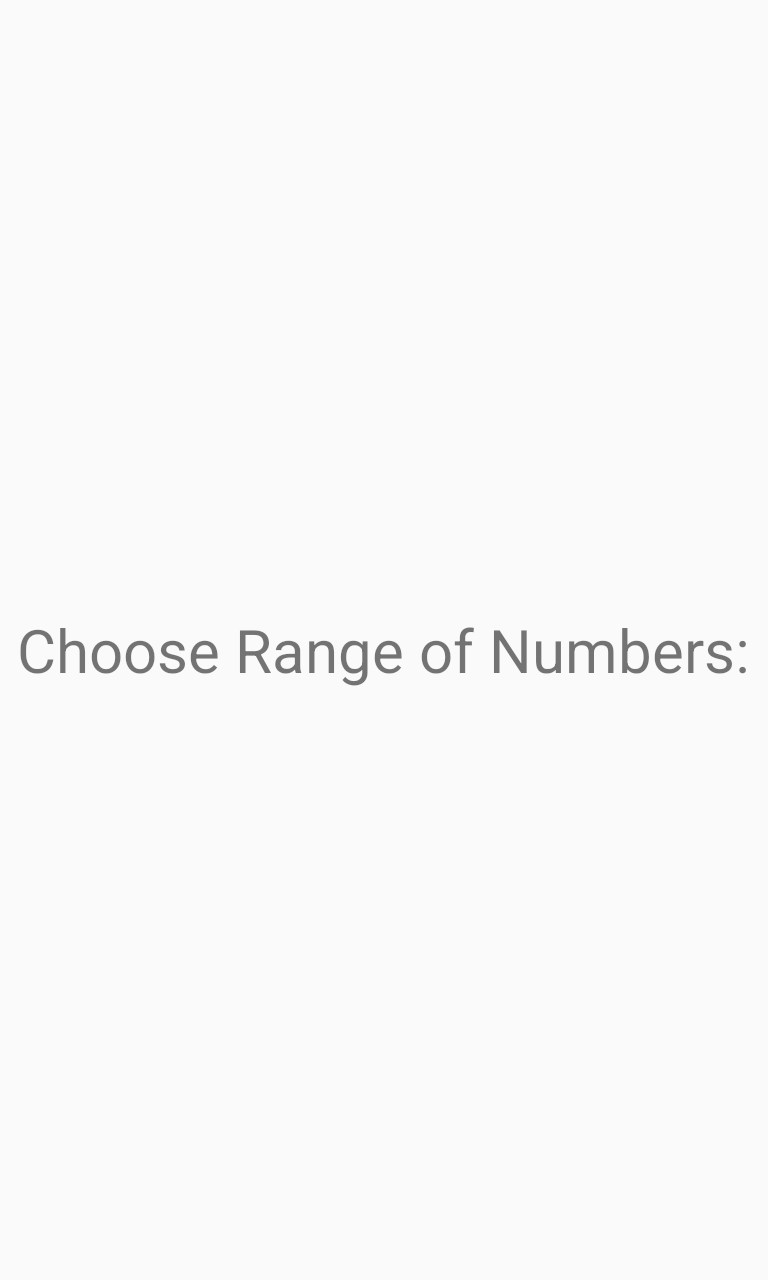
Repository: JoanneCaroll/Mathbomb
Layout: MathBomb/res/layout/activity_listcategory.xml
These files come from the project's save history. The layout is drawn as it stood at one moment and after the next save; the edit follows.
It is drawn on a 768 x 1280 px phone screen (xhdpi) without system bars, with theme AppTheme; the app's code is not run. Lists and similar views that code fills are empty.

Above is the layout before, as saved 2014-11-12 10:54:42.

### MathBomb/res/layout/activity_listcategory.xml
<?xml version="1.0" encoding="utf-8"?>
<LinearLayout xmlns:android="http://schemas.android.com/apk/res/android"
        android:orientation="vertical"
        android:layout_width="match_parent"
        android:layout_height="match_parent"
        android:gravity="center">

		<TextView
            android:paddingTop="10dp"
            android:id="@+id/category"
            android:layout_width="wrap_content"
            android:layout_height="wrap_content"
            android:text="@string/setRange"
            android:layout_gravity="center"
            android:textSize="30dp"/>

        <ListView
            android:id="@+id/list_category"
            android:layout_width="match_parent"
            android:layout_height="wrap_content">
        </ListView>

</LinearLayout>

### MathBomb/res/values/strings.xml
<?xml version="1.0" encoding="utf-8"?>
<resources>

    <string name="app_name">MathBomb</string>
    <string name="action_settings">Settings</string>
    <string name="score">Score: </string>
    <string name="timeleft">Time Left: </string>
    <string name="highscore">High Score: </string>
    <string name="highscoretitle">HIGH SCORE</string>
    <string name="ok">Ok</string>
	<string name="setRange">Choose Range of Numbers: </string>

	<string name="menuplay">Play!</string>
	<string name="menuhighscore">High Score</string>
	<string name="menuhowtoplay">How to Play</string>
	<string name="menusettings">Settings</string>
	<string name="menuexit">Exit</string>

</resources>

Loaded but not shown: MathBomb/res/values/styles.xml (common file); MathBomb/res/values-v11/styles.xml (common file); MathBomb/res/values-v14/styles.xml (common file)

After the next save:
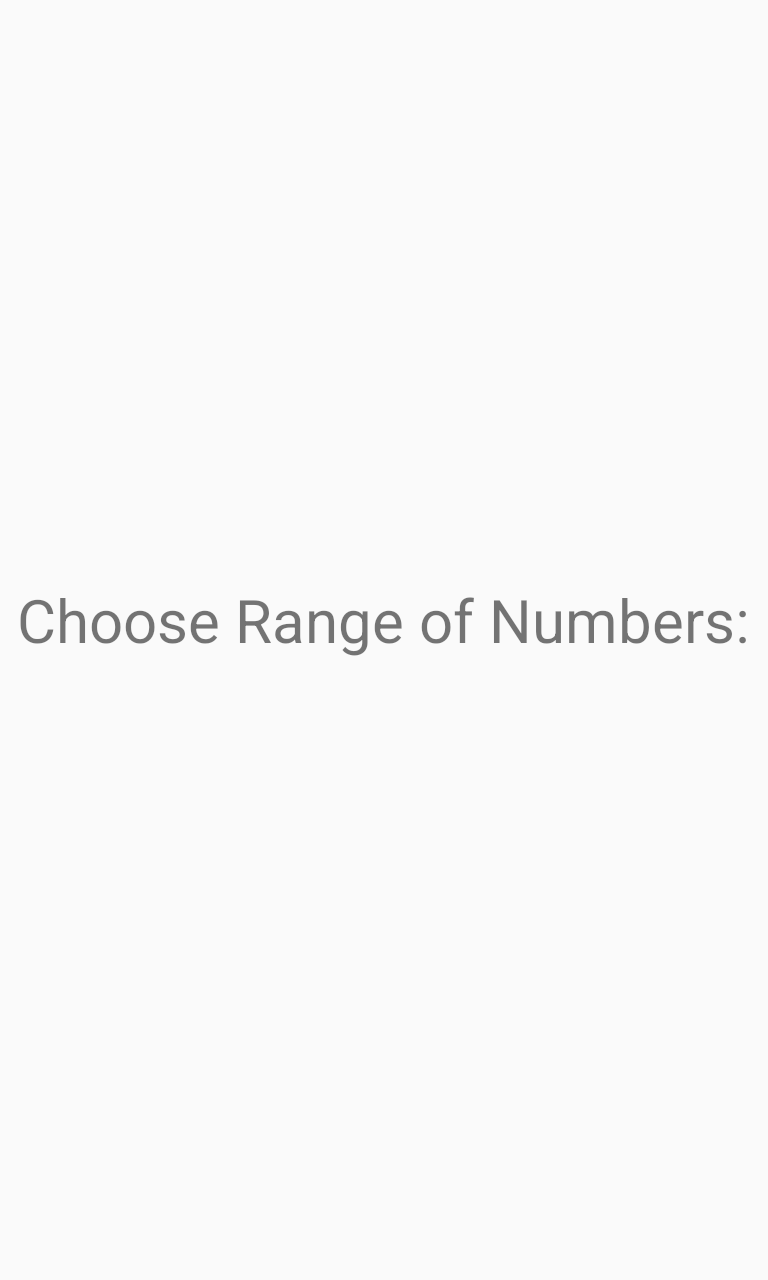
Saved 61 s later.
--- a/MathBomb/res/layout/activity_listcategory.xml
+++ b/MathBomb/res/layout/activity_listcategory.xml
@@ -6,13 +6,14 @@
         android:gravity="center">
 
 		<TextView
-            android:paddingTop="10dp"
             android:id="@+id/category"
             android:layout_width="wrap_content"
             android:layout_height="wrap_content"
+            android:layout_gravity="center"
             android:text="@string/setRange"
-            android:layout_gravity="center"
-            android:textSize="30dp"/>
+            android:textSize="30dp"
+            android:paddingBottom="30dp"
+            android:paddingTop="10dp"/>
 
         <ListView
             android:id="@+id/list_category"
